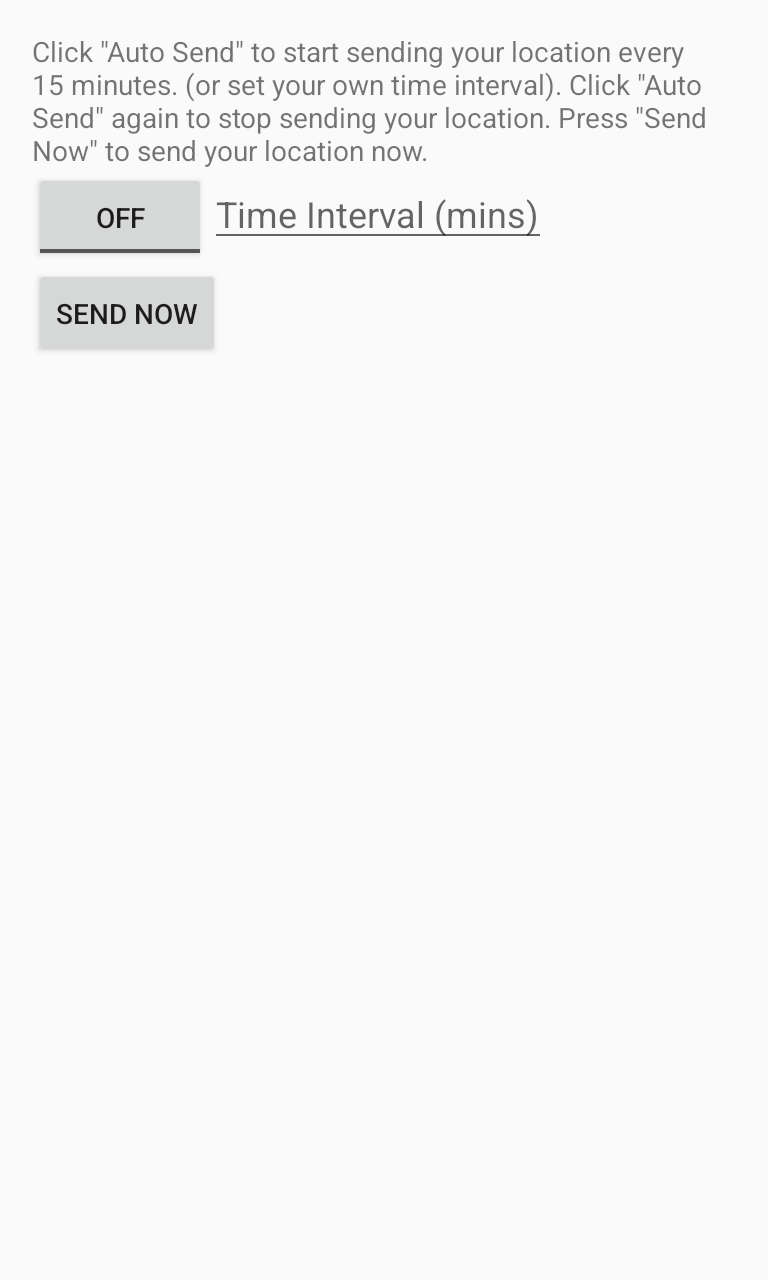
Repository: haidark/rahat
Layout: android/Rahat/res/layout/fragment_main.xml
The author's editor kept a copy of each file at every save. The layout is drawn from the files as they stood at one save, then again after the next save.
It is drawn on a 768 x 1280 px phone screen (xhdpi) without system bars, with theme AppTheme; the app's code is not run.

Above is the layout before, as saved 2014-05-01 23:42:09.

After the next save:
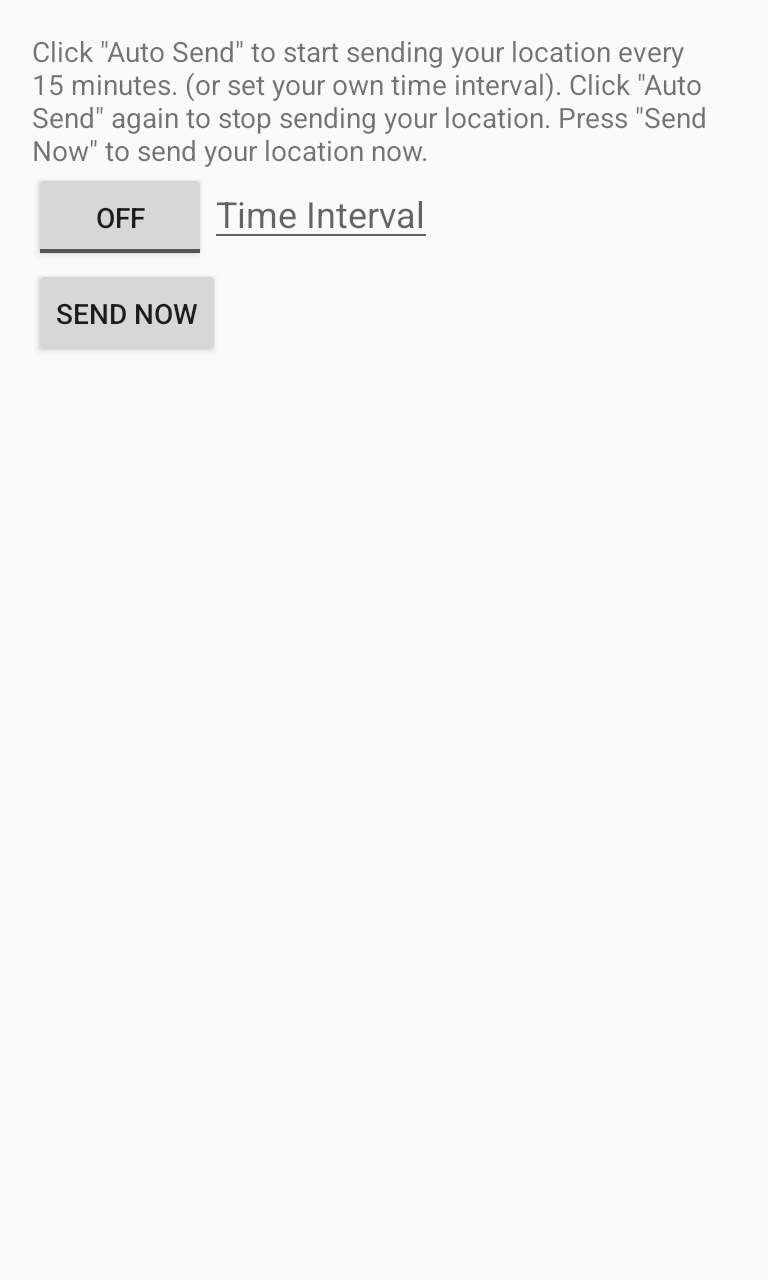
Saved 7 s later.
--- a/android/Rahat/res/values/strings.xml
+++ b/android/Rahat/res/values/strings.xml
@@ -3,7 +3,7 @@
 
     <string name="app_name">Rahat</string>
     <string name="action_settings">Settings</string>
-	<string name="edit_1">Time Interval (mins)</string>
+	<string name="edit_1">Time Interval</string>
 	<string name="text_info">
 	    Click \"Auto Send\" to start sending your location every 15 minutes.
 	    (or set your own time interval).
